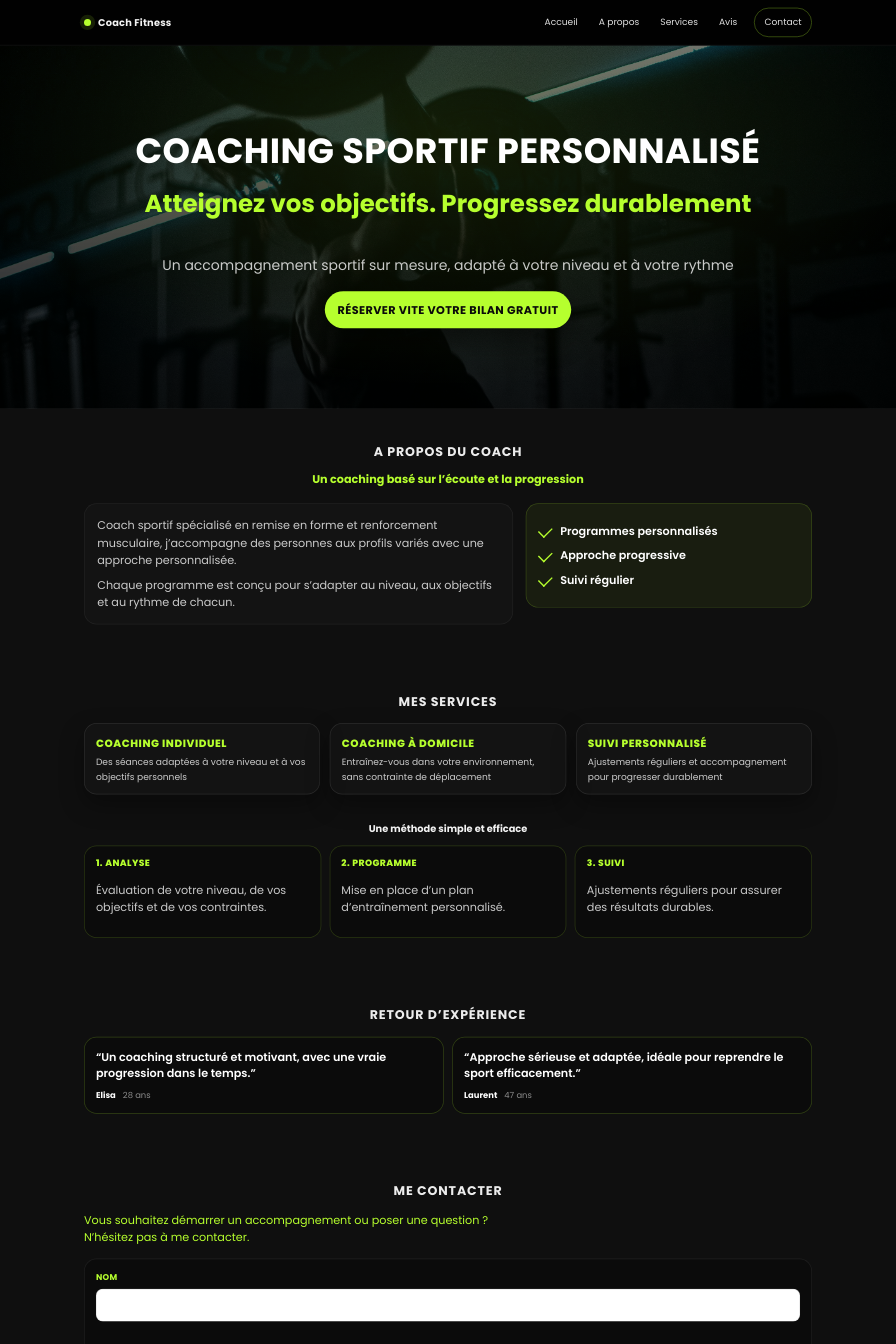
Repository: ThomasHdrd/CoachFitness
Page: index.html
An editor plug-in stored every save of this project. The page is shown before and after the next save, followed by the edit.
The browser window is 1280 px wide. The pictures show the part of the page from y = 0 to 1920 px (the page is 2987 px tall), at 70% of full size.

Above is the page before, as saved 2026-01-20 21:57:18.

After the next save:
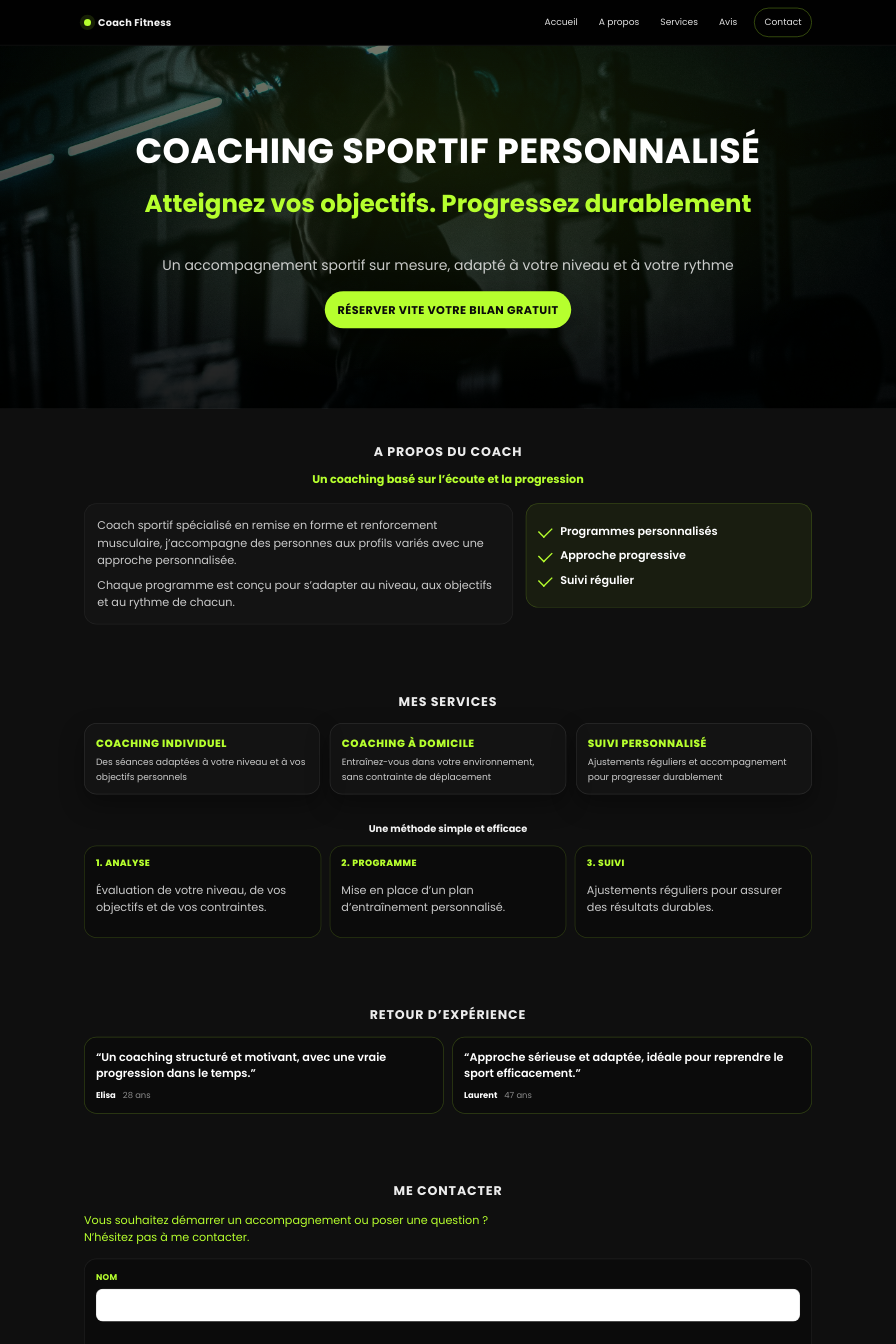
Saved 4 s later.
--- a/styles.css
+++ b/styles.css
@@ -130,7 +130,7 @@ body{
   background:
     linear-gradient(180deg, rgba(0,0,0,.55), rgba(0,0,0,.88)),
     url("assets/hero.jpg") center/cover no-repeat;
-  background-position: center 25%;
+  background-position: center 35%;
 }
 .hero-overlay{
   position:absolute;
